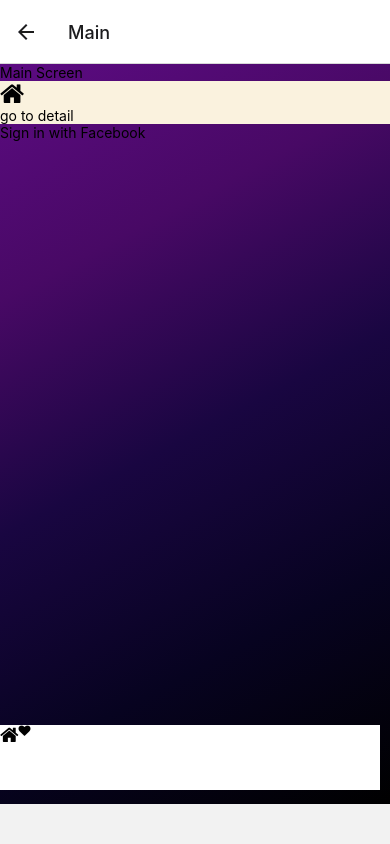
Repository: eyebone/barManager
Screen: /Main
An editor plug-in stored every save of this project. The screen is shown before and after the next save, followed by the edit.
The app was drawn by React Native's web renderer in a window 390 px wide. The project was rebuilt for these pictures with package versions that can differ from the ones it lists, and the page was loaded fresh each time. Also part of the build but not shown: components/EmojiPicker.js, components/Button.js, components/ImageViewer.js, components/circleButton.js, components/IconButton.js, view/ViewOne.js, view/Sign.js.

Above is the screen before, as saved 2023-06-26 17:14:49.

After the next save:
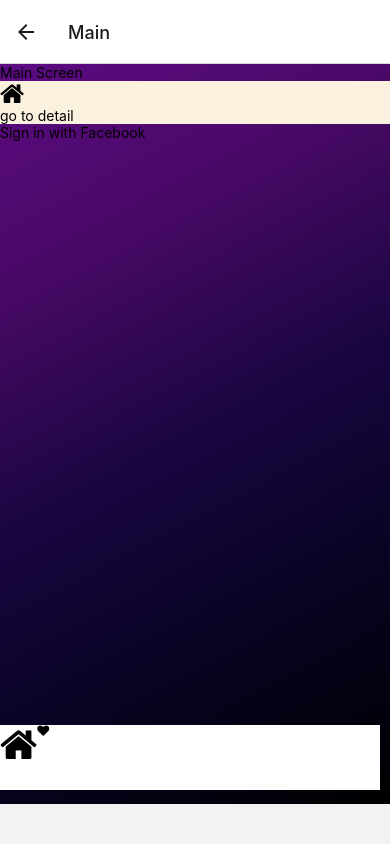
Saved 24 s later.
--- a/components/NavigationBar.js
+++ b/components/NavigationBar.js
@@ -25,7 +25,7 @@ export function NavigationBar({navigation}) {
     return (
       <View style={styles.bar}>
         <Pressable style={{}}>
-          <FontAwesome name="home" size={20}></FontAwesome>
+          <FontAwesome name="home" size={40}></FontAwesome>
         </Pressable>
         <Pressable>
           <FontAwesome name="heart"></FontAwesome>
